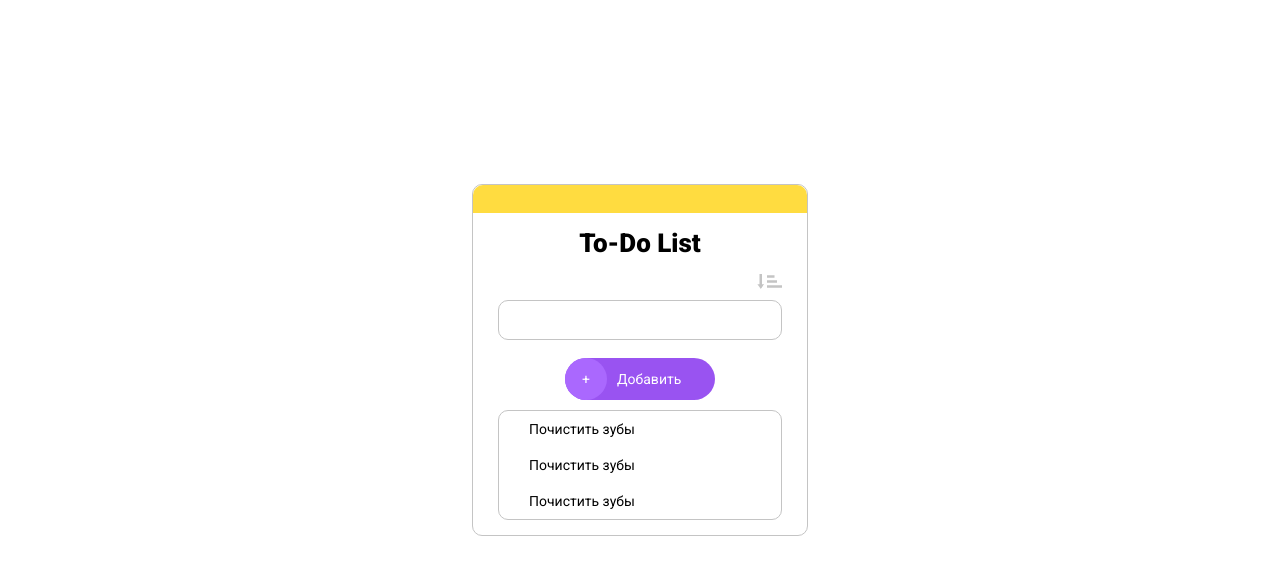
Repository: PoladEziz/Task-15
Page: index.html
These files come from the project's save history. The page is drawn as it stood at one moment and after the next save; the edit follows.
The browser window is 1280 px wide. The pictures show the whole page.
The style sheet was rebuilt from its Sass, Less or Tailwind sources for each picture, by a compiler version that may differ from the author's.

Above is the page before, as saved 2023-08-10 15:52:17.

### index.html
<!DOCTYPE html>
<html lang="en">
<head>
    <meta charset="UTF-8">
    <meta name="viewport" content="width=device-width, initial-scale=1.0">
    <title>Document</title>
    <link rel="stylesheet" href="./index.css">
</head>
<body>
    <div class="main">
        <div class="box">
            <div class="box-top"></div>
            <div class="box-bottom">
                <h1>To-Do List</h1>
                <form action="">
                    <img src="./img/Group 38 (1).png" alt="">
                    <input type="text">
                    <button><div>+</div><p>Добавить</p></button>

                </form>
                <ul>
                    <li>
                        <p>Почистить зубы</p>
                    </li>
                    <li>
                        <p>Почистить зубы</p>
                    </li>
                    <li>
                        <p>Почистить зубы</p>
                    </li>
                </ul>

            </div>
        </div>
    </div>

</body>
<script src="./index.js"></script>
</html>

### index.scss
@import url("https://fonts.googleapis.com/css2?family=Roboto:wght@400;900&display=swap");
* {
  margin: 0;
  padding: 0;
  box-sizing: border-box;
}
.main {
  width: 100%;
  height: 100vh;
  display: flex;
  align-items: center;
  justify-content: center;
  .box {
    width: 336px;
    /* min-height: 236px; */
    border-radius: 10px;
    border: 1px solid #c4c4c4;
    background: rgba(196, 196, 196, 0);
    .box-top {
      width: 100%;
      height: 28px;
      background-color: #ffdc40;
      border-top-left-radius: 10px;
      border-top-right-radius: 10px;
    }
    .box-bottom {
      width: 100%;
      padding: 15px 25px;

      h1 {
        margin-bottom: 16px;
        color: #000;
        text-align: center;
        font-family: Roboto;
        font-size: 26px;
        font-style: normal;
        font-weight: 900;
        line-height: normal;
        text-transform: capitalize;
      }
      form {
        display: flex;
        flex-direction: column;
        align-items: center;
        img {
          width: 25px;
          height: 15px;
          margin-left: auto;
          margin-bottom: 11px;
        }
        input {
          width: 100%;
          height: 40px;
          margin-bottom: 18px;
          border-radius: 10px;
          border: 1px solid #c4c4c4;
          background: rgba(196, 196, 196, 0);
          color: #000;
          font-family: Roboto;
          font-size: 14px;
          font-style: normal;
          font-weight: 400;
          line-height: normal;
        }
        button {
          width: 150px;
          height: 42px;
          background-color: #9953f1;
          border: none;
          border-radius: 71px;
          display: flex;
          align-items: center;
          p {
            margin-left: 10px;
            color: #ffff;
            text-align: center;
            font-family: Roboto;
            font-size: 14px;
            font-style: normal;
            font-weight: 400;
            line-height: normal;
          }
          div {
            width: 42px;
            height: 42px;
            border-radius: 50%;
            display: flex;
            align-items: center;
            justify-content: center;
            color: #fff;
            text-align: center;
            font-family: Roboto;
            font-size: 14px;
            font-style: normal;
            font-weight: 400;
            line-height: normal;
            background-color: #aa68fe;
          }
        }
      }
      ul {
        margin-top: 10px;
        padding: 10px 30px;
        border-radius: 10px;
        border: 1px solid #c4c4c4;
        background: rgba(196, 196, 196, 0);
        display: flex;
        flex-direction: column;
        gap: 20px;
        li {
          list-style-type: none;
          p{
            color: #000;
            font-family: Roboto;
            font-size: 14px;
            font-style: normal;
            font-weight: 400;
            line-height: normal;
          }

        }
      }
    }
  }
}

Loaded but not shown: index.js (no stored copy; drawn as an empty file)

After the next save:
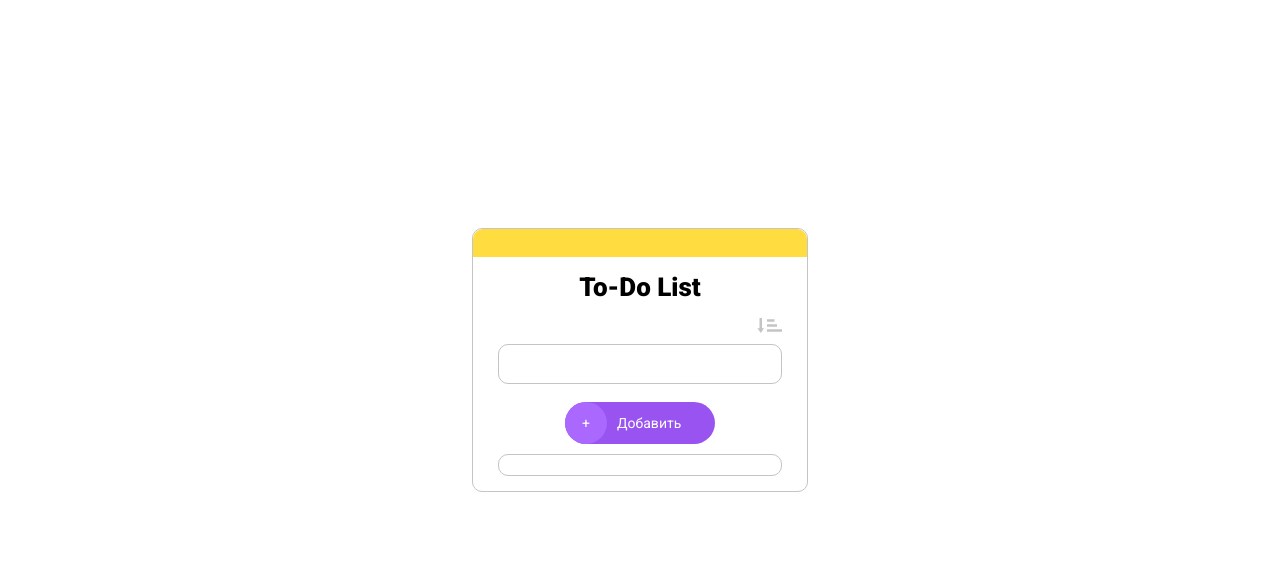
Saved 8 s later.
--- a/index.html
+++ b/index.html
@@ -19,7 +19,7 @@
 
                 </form>
                 <ul>
-                    <li>
+                    <!-- <li>
                         <p>Почистить зубы</p>
                     </li>
                     <li>
@@ -27,7 +27,7 @@
                     </li>
                     <li>
                         <p>Почистить зубы</p>
-                    </li>
+                    </li> -->
                 </ul>
 
             </div>
